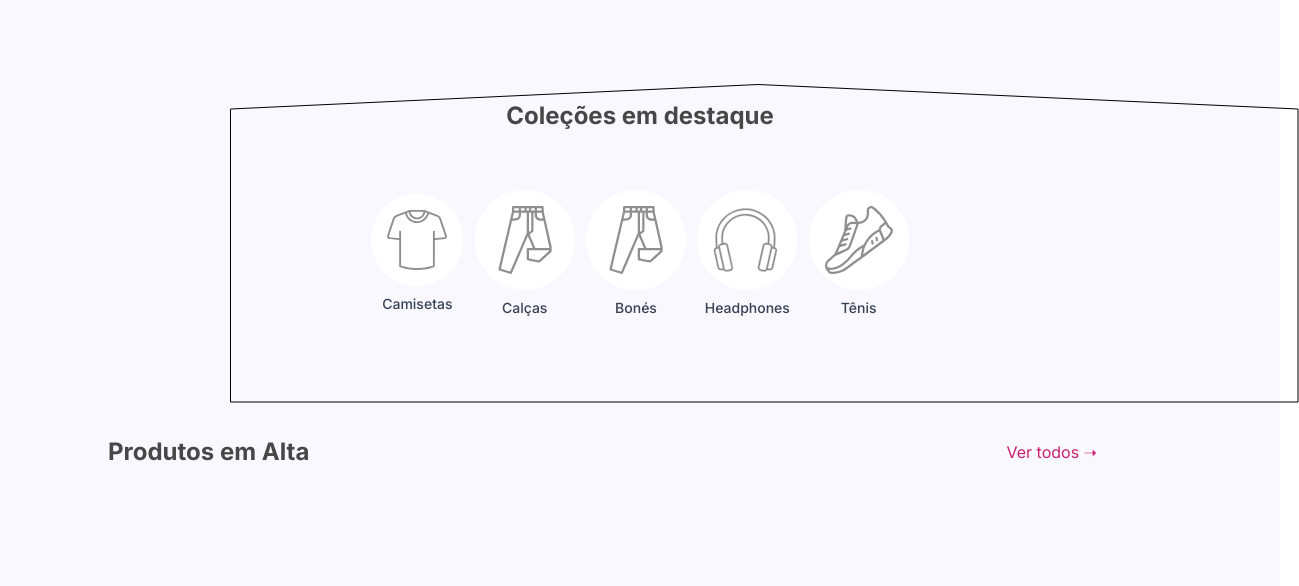
Repository: gimoli/loja-digital
Page: index.html
The author's editor kept a copy of each file at every save. The page is drawn from the files as they stood at one save, then again after a run of saves.
The browser window is 1280 px wide. The page is 1299 px wide, then 1280 px, so the pictures cover 1299 px, including what lies to the right of the window. The pictures show the part of the page from y = 1294 to 1880 px (the page is 1880 px tall).

Above is the page before, as saved 2025-04-25 13:30:41.

### index.html
<!DOCTYPE html>
<html lang="pt-br">
<head>
    <meta charset="UTF-8">
    <meta name="viewport" content="width=device-width, initial-scale=1.0">
    <title>Digital Store</title>
    <link href="./style.css" rel="stylesheet">
    <script src="https://cdn.jsdelivr.net/npm/@tailwindcss/browser@4"></script>
    <link rel="shortcut icon" href="/assets/Logo-Digital.svg" type="image/x-icon">
</head>
<body>
<header class="flex flex-col gap-12 px-[108px] py-[38px]">
    <div class="flex items-center justify-between">
        <div class="flex gap-1">
            <img src="/assets/Logo-Digital.svg" alt="Logo da Digital Store">
            <h1 class="text-4xl text-(--primary-color) font-semibold">Digital Store</h1>
        </div>
        <input type="text" placeholder="Pesquisar produto..." class="bg-(--light-gray-3) py-2 px-3 rounded-lg ml-40 mr-14
         bg-[url(/assets/search.svg)] bg-no-repeat bg-right focus:placeholder-transparent w-[560px] focus:outline-none"/>
        <div>
            <a href="#" class="bg-(--primary-color) text-white rounded-lg px-7 py-3 font-bold text-sm">
                Entrar
            </a>
        </div>
        <div class="relative">
            <img src="/assets/Carrinho-preto.svg" alt="Imagem de um carrinho de compras">
            <div class="flex justify-center items-center absolute bg-(--tertiary-color) text-white font-bold text-xs rounded-full w-[18px] h-[18px] bottom-[15px] left-3">
                2
            </div>
        </div>
    </div>
    </div>
    <nav class="pl-32">
        <ul class="flex gap-6 text-(--dark-gray-2)">
            <li class="hover:text-(--primary-color) hover:font-bold">
                <a href="#">
                Home
            </a>
        </li>
            <li class="hover:text-(--primary-color) hover:font-bold">
                <a href="#">
                Produtos
            </a>
        </li>
            <li class="hover:text-(--primary-color) hover:font-bold">
                <a href="#">
                Categorias
            </a>
        </li>
            <li class="hover:text-(--primary-color) hover:font-bold">
                <a href="#">
                Meus Pedidos
            </a>
        </li>
        </ul>
    </nav>
</header>
<main>
    <section class="flex px-[108px] bg-(--light-gray-3) py-[78px] h-[680px] relative">
        <div class="flex flex-col gap-5 w-[466px]">
            <p class="text-(--warnig-color) font-bold">
                Melhores ofertas personalizadas
            </p>
            <h2 class="font-extrabold text-6xl">
                Queima de estoque Nike 🔥
            </h2>
            <p class="text-(--dark-gray-2) text-lg">
                Consequat culpa exercitation mollit nisi excepteur do do tempor laboris eiusmod irure consectetur.
            </p>
            <a href="#" class="flex items-center justify-center bg-(--primary-color) text-(--light-gray-3) font-bold w-[210px] h-[48px] rounded-lg">
                Ver Ofertas
            </a>
        </div>
        <img src="/assets/White-Sneakers-PNG-Clipart 1.svg" alt="Foto de um tenis branco" class="absolute right-28 bottom-8"/>
        <img src="/assets/ornament.svg" alt="Firula do site - by wendell" class="absolute top-12 right-8">
    </section>
    <section class="flex flex-col gap-15 px-[108px] py-[42px] bg-(--sec-color)">
        <div class="flex flex-col gap-10">
            <h4 class="text-(--dark-gray-2) font-bold text-2xl">
                Coleções em destaque
            </h4>
            <ul class="grid grid-cols-3 gap-3.5 h-68">
                <li  class="flex bg-[#D8E3F2] pl-8 pt-8 rounded-md relative bg-[url(/assets/star-wars-shirt-pic.svg)] bg-no-repeat bg-bottom-right">
                    <div class="w-1/2 z-10">
                    <p class="bg-[#E7FF86] rounded-4xl font-bold text-(--dark-gray-2) w-[96px] text-center py-1.5 text-sm">
                        30% OFF
                    </p>
                    <h5 class="font-bold text-(--dark-gray) text-4xl mt-2.5 mb-8">
                        Novo drop Supreme
                    </h5>
                    <a href="#" class="text-(--primary-color) bg-white rounded-xl font-bold px-12 py-4.5">
                        Comprar
                    </a>
                </div>
                </li>
                <li  class="flex bg-[#D8E3F2] pl-8 pt-8 rounded-md relative bg-[url(/assets/sneaks-pic.svg)] bg-no-repeat bg-bottom-right">
                    <div class="w-1/2 z-10">
                    <p class="bg-[#E7FF86] rounded-4xl font-bold text-(--dark-gray-2) w-[96px] text-center py-1.5 text-sm">
                        30% OFF
                    </p>
                    <h5 class="font-bold text-(--dark-gray) text-4xl mt-2.5 mb-8">
                        Coleção Adidas
                    </h5>
                    <a href="#" class="text-(--primary-color) bg-white rounded-xl font-bold px-12 py-4.5">
                        Comprar
                    </a>
                </div>
                </li>
                <li  class="flex bg-[#D8E3F2] pl-8 pt-8 rounded-md relative bg-[url(/assets/headphone-pic.svg)] bg-no-repeat bg-bottom-right">
                    <div class="w-1/2 z-10">
                    <p class="bg-[#E7FF86] rounded-4xl font-bold text-(--dark-gray-2) w-[96px] text-center py-1.5 text-sm">
                        30% OFF
                    </p>
                    <h5 class="font-bold text-(--dark-gray) text-4xl mt-2.5 mb-8">
                        Novo<br> Beats Bass
                    </h5>
                    <a href="#" class="text-(--primary-color) bg-white rounded-xl font-bold px-12 py-4.5">
                        Comprar
                    </a>
                </div>
                </li>
            </ul>
        </div>

    </section>

    <section class="flex flex-col gap-15 px-[230px] py-[42px] bg-(--sec-color)">
        <div class="flex flex-col gap-10">
            <h4 class="text-(--dark-gray-2) font-bold text-2xl text-center py-4">
                Coleções em destaque
            </h4>
            <img src="/assets/borda.svg" alt="foto da borda" class="absolute"/>
        </div>
        </section>

        <section class="flex justify-evenly items-center px-90 bg-(--sec-color)">
            <div class="flex flex-col items-center">
        <div class="bg-(--white) rounded-full p-4 w-fit">
            <img src="assets/T-shirt.svg" alt="Foto da blus" class=" w-[60px] h-[60px]">
        </div>
        <span class="mt-2 text-sm font-medium text-gray-700">Camisetas</span>
</div>
            <div class="flex flex-col items-center">
                <div class="bg-(--white) rounded-full p-4 w-fit">
                    <img src="assets/Pants.svg" alt="Foto da calça"  class=" w-17 h-17">
            </div>
                <span class="mt-2 text-sm font-medium text-gray-700">Calças</span>
            </div>

            <div class="flex flex-col items-center">
            <div class="bg-(--white) rounded-full p-4 w-fit">
              <img src="assets/Pants.svg" alt="era para ser o bone"  class=" w-17 h-17">
            </div>
            <span class="mt-2 text-sm font-medium text-gray-700">Bonés</span>
            </div>

            <div class="flex flex-col items-center">
            <div class="bg-(--white) rounded-full p-4 w-fit">
              <img src="assets/Headphones-colecoes-em-destaque.svg" alt="Foto do fone de ouvido"  class=" w-17 h-17">
            </div>
            <span class="mt-2 text-sm font-medium text-gray-700">Headphones</span>
            </div>

            <div class="flex flex-col items-center">
            <div class="bg-(--white) rounded-full p-4 w-fit">
              <img src="assets/Tenis.svg" alt="Foto do Tênis"  class=" w-17 h-17">
            </div>
            <span class="mt-2 text-sm font-medium text-gray-700">Tênis</span>
            </div>

    </section>
    <section class="flex flex-col gap-15 px-[108px] py-[42px] bg-(--sec-color)">
        <div class="flex flex-col gap-10">
            <div class="flex justify-between items-center">
                <h4 class="text-(--dark-gray-2) font-bold text-2xl py-19">
                    Produtos em Alta
                </h4>
                <a href="#" class="text-(--primary-color) mr-[75px]">
                    Ver todos ➝
                </a>
            </div>
        </div>
    </section>
</main>
</body>
</html>

### style.css
@import url('https://fonts.googleapis.com/css2?family=Inter:ital,opsz,wght@0,14..32,100..900;1,14..32,100..900&display=swap');

:root {
    --dark-gray: #1F1F1F;
    --dark-gray-2: #474747;
    --dark-gray-3: #666666;
    --light-gray: #8F8F8F;
    --light-gray-2: #CCCCCC;
    --light-gray-3: #F5F5F5;
    --white: #FFFFFF;
    --sec-color: #F9F8FE;
    --primary-color: #C92071;
    --secondary-color: #B5B6F2;
    --tertiary-color: #991956;
    --error-color: #EE4266;
    --success-color: #52CA76;
    --warnig-color: #F6AA1C;
    --primary-gradient: 180deg, #C92071, #EDABCA;
    --secondary-gradient: 180deg, #B5B6F2, #EFEFFF;
}

* {
    font-family: "Inter", sans-serif;
    box-sizing: border-box;
}

After the next 2 saves:
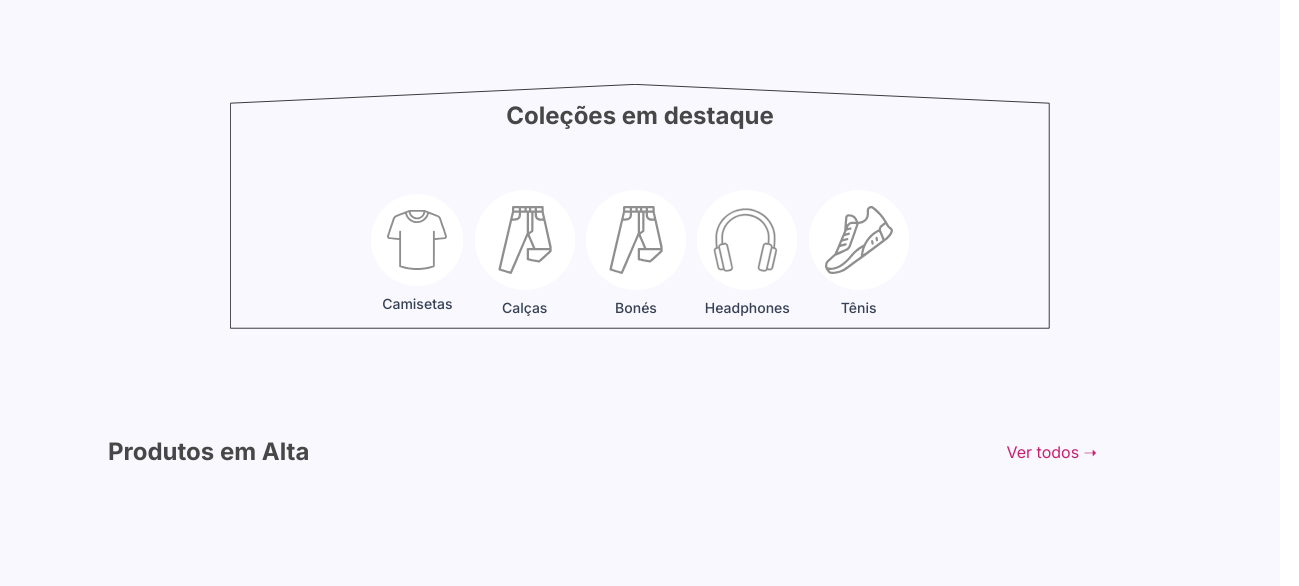
The 2 saves are shown as one change because they came seconds apart.
The last was saved 114 s later.
--- a/index.html
+++ b/index.html
@@ -125,7 +125,7 @@
     </section>
 
     <section class="flex flex-col gap-15 px-[230px] py-[42px] bg-(--sec-color)">
-        <div class="flex flex-col gap-10">
+        <div class="relative flex flex-col gap-10">
             <h4 class="text-(--dark-gray-2) font-bold text-2xl text-center py-4">
                 Coleções em destaque
             </h4>
